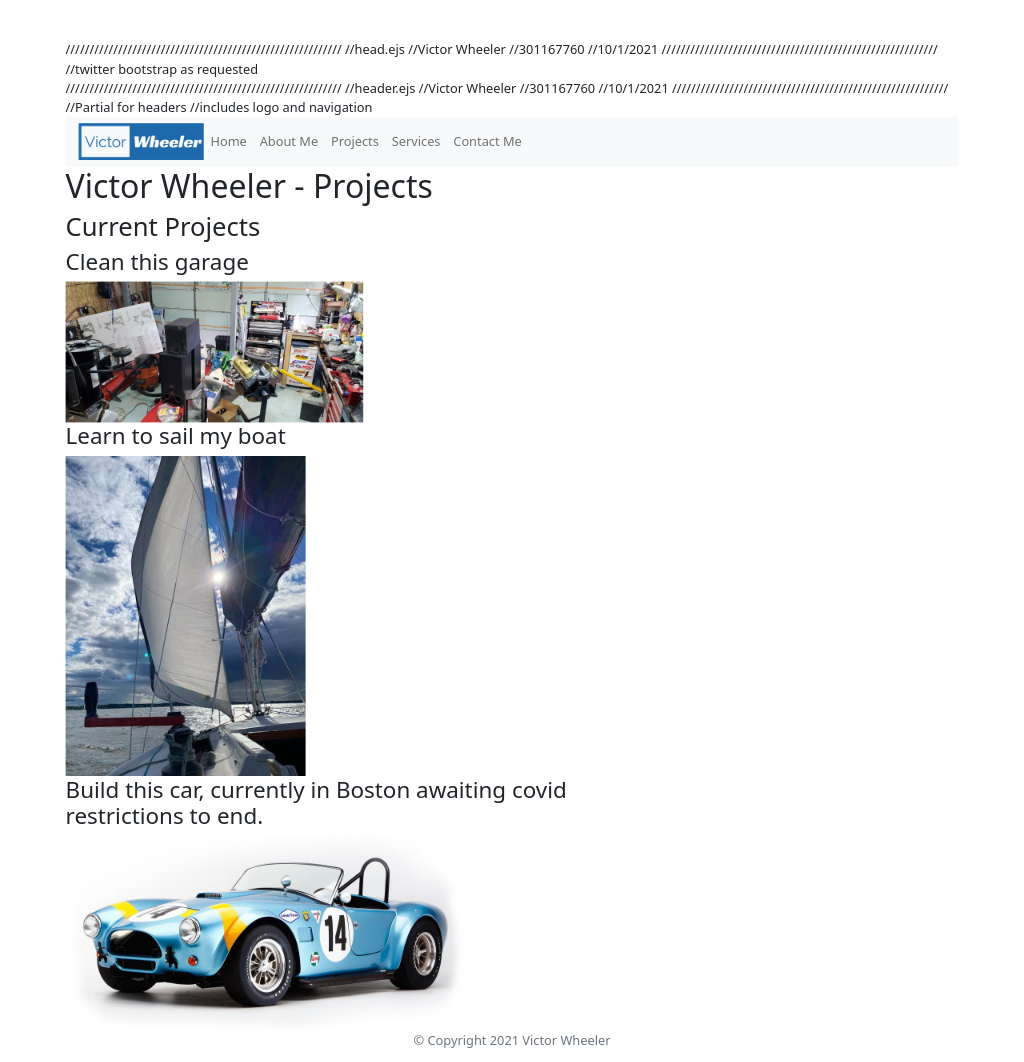
Repository: VictorWheeler/COMP_229_301167760
Page: http://localhost/projects
The author's editor kept a copy of each file at every save. The page is drawn from the files as they stood at one save, then again after the next save.
The browser window is 1280 px wide. The pictures show the whole page, at 80% of full size.
The page is served by the project's Node server (server.js).

Above is the page before, as saved 2021-10-01 10:12:28.

### Express-Portfolio-Site/views/pages/projects.ejs
<!DOCTYPE html>
<html lang="en">
<head>
  <%- include('../partials/head'); %>
</head>
<body class="container">

<header>
  <%- include('../partials/header'); %>
</header>

<main>
<div class="row">
  <div class="col-sm-8">
    <div class="jumbotron">
      <h1>Victor Wheeler - Projects</h1>
      <h2>Current Projects</h2>
      <h3>Clean this garage</h3>
      <img src="/images/garage_cleanup.jpg">
      <br>
      <h3>Learn to sail my boat</h3>
      <img src="/images/my_boat.jpg">
      <br>
      <h3>Build this car, currently in Boston awaiting covid restrictions to end.</h3>
      <img src="/images/289.jpg">
    </div>
  </div>


</div>
</main>

<footer>
  <%- include('../partials/footer'); %>
</footer>

</body>
</html>

### Express-Portfolio-Site/views/partials/head.ejs
//////////////////////////////////////////////////////////
//head.ejs
//Victor Wheeler
//301167760
//10/1/2021
//////////////////////////////////////////////////////////
<meta charset="UTF-8">
<title>Victor Wheeler</title>

<!-- CSS (load bootstrap from a CDN) -->
<link rel="stylesheet" href="/css/bootstrap.min.css">    //twitter bootstrap as requested
<style>
  body { padding-top:50px; }
</style>

### Express-Portfolio-Site/views/partials/header.ejs
//////////////////////////////////////////////////////////
//header.ejs
//Victor Wheeler
//301167760
//10/1/2021
//////////////////////////////////////////////////////////

//Partial for headers
  //includes logo and navigation
<nav class="navbar navbar-expand-lg navbar-light bg-light">
  <a class="navbar-brand"></a><img class="logo" src="/images/vw_logo.png" width="157" height="46" alt="why">
   <ul class="navbar-nav mr-auto">
    <li class="nav-item">
      <a class="nav-link" href="/">Home</a>
    </li>
    <li class="nav-item">
      <a class="nav-link" href="/about">About Me</a>
    </li>
    <li class="nav-item">
      <a class="nav-link" href="/projects">Projects</a>
    </li>
    <li class="nav-item">
      <a class="nav-link" href="/services">Services</a>
    </li>
    <li class="nav-item">
      <a class="nav-link" href="/contact">Contact Me</a>
    </li>
  </ul>
</nav>

### Express-Portfolio-Site/views/partials/footer.ejs
<p class="text-center text-muted">&copy; Copyright 2021 Victor Wheeler</p>

### Express-Portfolio-Site/server.js
//////////////////////////////////////////////////////////
//server.js
//Victor Wheeler
//301167760
//10/1/2021
//////////////////////////////////////////////////////////

//declare variables and constants
var express = require('express');
var app = express();
const bodyParser = require('body-parser')
app.use(bodyParser.urlencoded({extended: true}))
const nodemailer = require('nodemailer')


// set the view engine to ejs
app.set('view engine', 'ejs');

//set public folder as static
app.use(express.static("public"));

// use res.render to load up an ejs view file

// Home page page
app.get('/', function(req, res) {
  res.render('pages/index');
});

// About Me page
app.get('/about', function(req, res) {
  res.render('pages/about');
});

// Projects page
app.get('/projects', function(req, res) {
    res.render('pages/projects');
  });

  // Services page
app.get('/services', function(req, res) {
    res.render('pages/services');
  });

  // Contact Me page
app.get('/contact', function(req, res) {
    res.render('pages/contact');
  });

  // POST route from contact form
app.post('/contact', (req, res) => {
  })

  //set listening port and log to console
app.listen(3000);
console.log('Server is listening on port 3000');

Loaded but not shown: Express-Portfolio-Site/public/css/bootstrap.min.css (library)

After the next save:
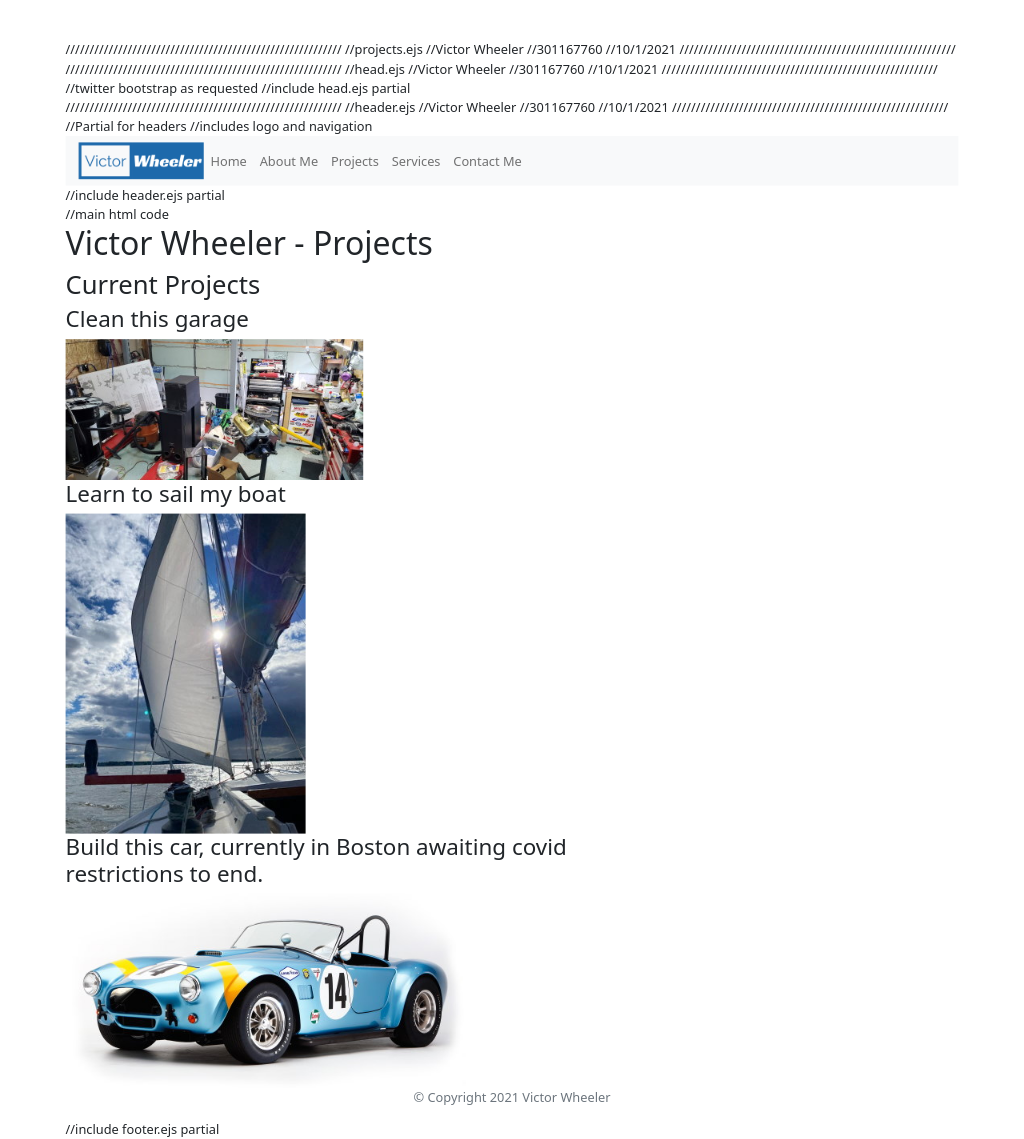
Saved 62 s later.
--- a/Express-Portfolio-Site/views/pages/projects.ejs
+++ b/Express-Portfolio-Site/views/pages/projects.ejs
@@ -1,15 +1,21 @@
+//////////////////////////////////////////////////////////
+//projects.ejs
+//Victor Wheeler
+//301167760
+//10/1/2021
+//////////////////////////////////////////////////////////
 <!DOCTYPE html>
 <html lang="en">
 <head>
-  <%- include('../partials/head'); %>
+  <%- include('../partials/head'); %>          //include head.ejs partial
 </head>
 <body class="container">
 
 <header>
-  <%- include('../partials/header'); %>
+  <%- include('../partials/header'); %>       //include header.ejs partial
 </header>
 
-<main>
+<main>                            //main html code
 <div class="row">
   <div class="col-sm-8">
     <div class="jumbotron">
@@ -31,7 +37,7 @@
 </main>
 
 <footer>
-  <%- include('../partials/footer'); %>
+  <%- include('../partials/footer'); %>     //include footer.ejs partial
 </footer>
 
 </body>
